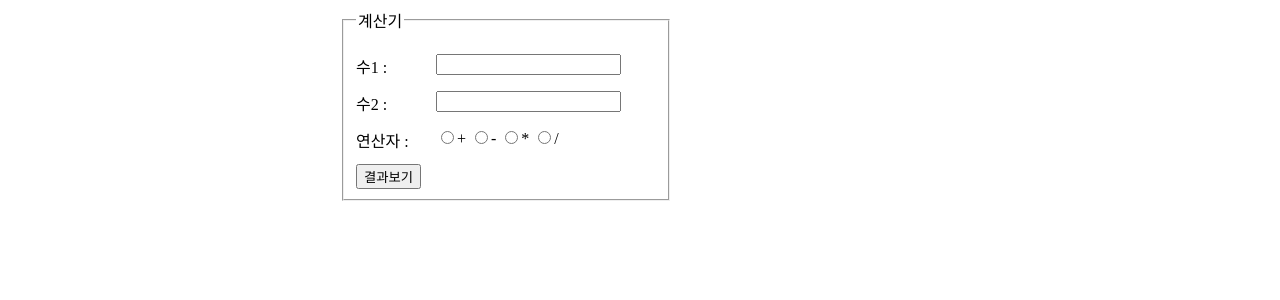
Repository: hocube/jspstudy
Page: 01_servlet/src/main/webapp/view/ex07.html
The author's editor kept a copy of each file at every save. The page is drawn from the files as they stood at one save, then again after the next save.
The browser window is 1280 px wide. The pictures show the whole page.

Above is the page before, as saved 2023-06-30 04:19:32.

### 01_servlet/src/main/webapp/view/ex07.html
<!DOCTYPE html>
<html>
<head>
<meta charset="UTF-8">
<title>계산기</title>
<style type="text/css">
	fieldset {
		width: 300px;
	}
	#mydiv{
		width: 600px;
		margin: auto;
	}
	label{
		width: 80px;
		height: 30px;
		float: left;
		linet-height: 40px;
	}
</style>
</head>
<body>
	<div id = "mydiv">
		<form action= "/01_servlet/Ex07" method="get">
			<fieldset>
				<legend>계산기</legend>
				<p><label for = "s1">수1 : </label>
				<input type="number" name="s1" id="s1" required></p>
				<p><label for = "s2">수2 : </label>
				<input type="number" name="s2" id="s2" required></p>
				<p><label for = "op">연산자 : </label>
					<input type="radio" id = "op" value= "+">+
					<input type="radio" id = "op" value= "-">-
					<input type="radio" id = "op" value= "*">*
					<input type="radio" id = "op" value= "/">/
				</p>
				<input type="submit" value="결과보기">
			</fieldset>
		</form>
	</div>
</body>
</html>

After the next save:
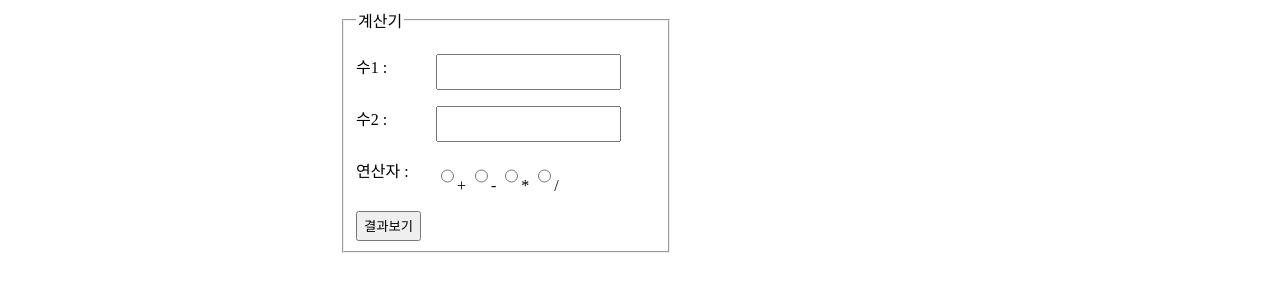
Saved 8 s later.
--- a/01_servlet/src/main/webapp/view/ex07.html
+++ b/01_servlet/src/main/webapp/view/ex07.html
@@ -16,6 +16,9 @@
 		height: 30px;
 		float: left;
 		linet-height: 40px;
+	}
+	input{
+		height: 30px;
 	}
 </style>
 </head>
